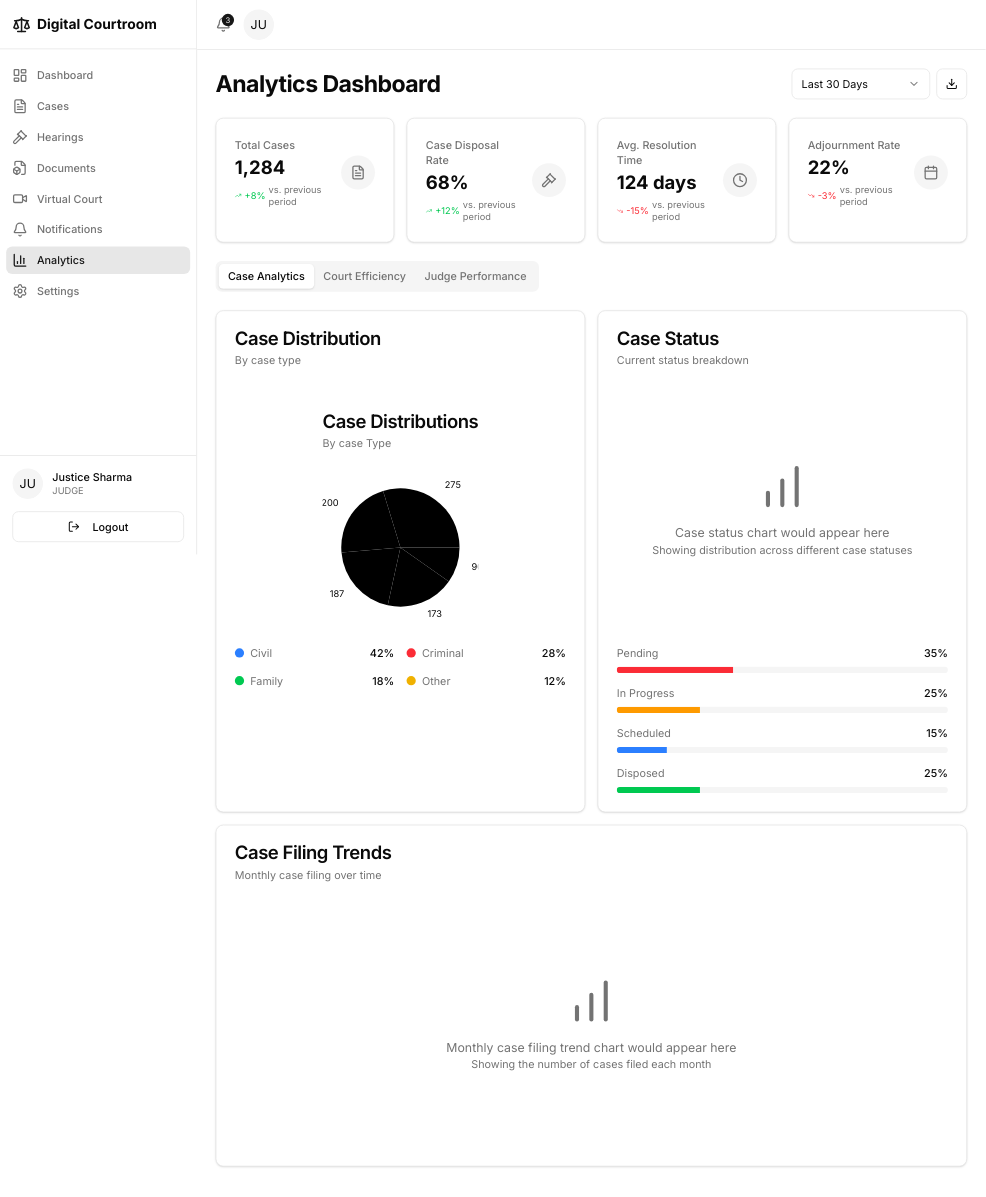
Repository: n0tank3sh/digicourt
Page: /analytics (app in frontend/)
These files come from the project's save history. The page is drawn as it stood at one moment and after the next save; the edit follows.
The browser window is 1280 px wide. The pictures show the whole page, at 77% of full size.
The project was rebuilt for these pictures with package versions that can differ from the ones it lists, and the page was loaded fresh each time. The framework's server and built-in components were replaced by stand-ins that run in the browser. Also part of the build but not shown: frontend/next.config.ts.

Above is the page before, as saved 2025-03-26 21:42:56.

After the next save:
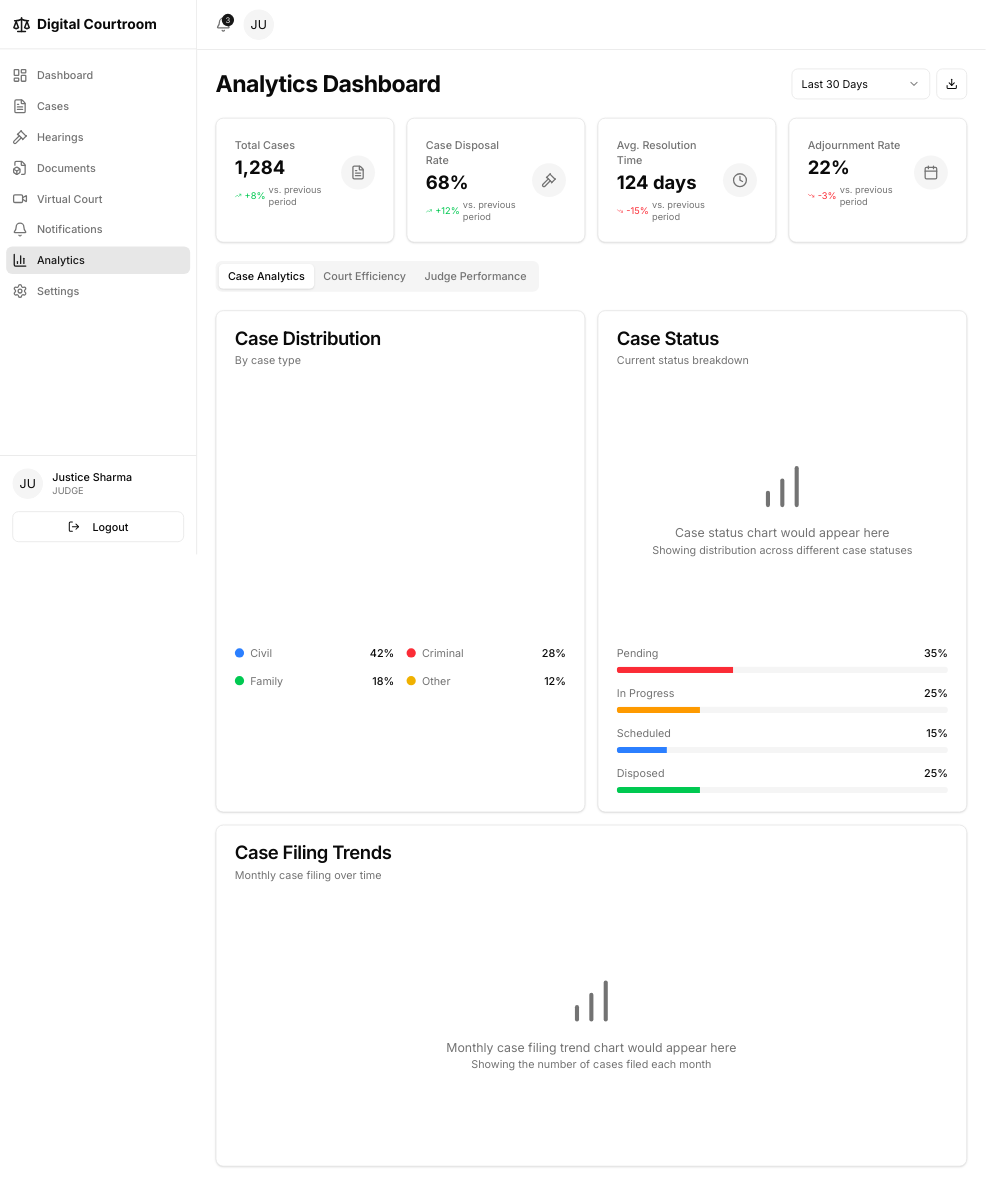
Saved 8 s later.
--- a/frontend/src/components/ui/piechart.tsx
+++ b/frontend/src/components/ui/piechart.tsx
@@ -51,8 +51,7 @@ export function PieChartComponent() {
     return (
         <Card className="flex flex-col shadow-none border-none ">
             <CardHeader>
-                <CardTitle>Case Distributions</CardTitle>
-                <CardDescription>By case Type</CardDescription>
+
             </CardHeader>
             <CardContent className="flex-1 pb-0">
                 <ChartContainer
